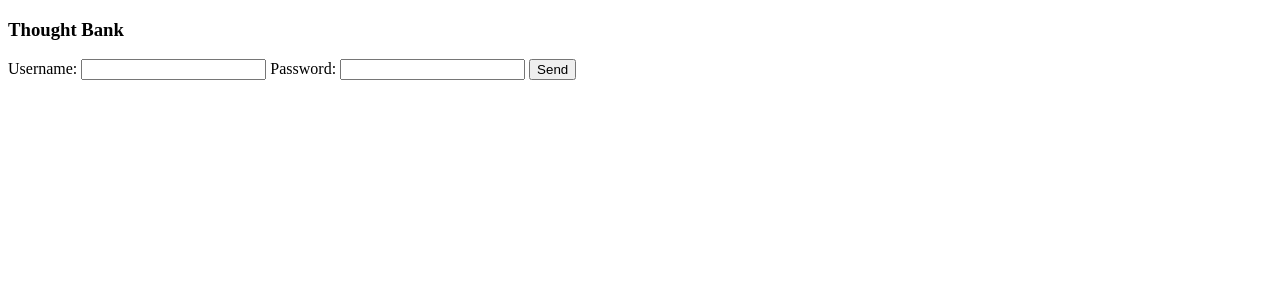
Repository: mxd369/webprogramming2
Page: ThoughtsBank/WebContent/index.html
These files come from the project's save history. The page is drawn as it stood at one moment and after the next save; the edit follows.
The browser window is 1280 px wide. The pictures show the whole page.

Above is the page before, as saved 2017-02-14 18:03:00.

### ThoughtsBank/WebContent/index.html
<!DOCTYPE html>
<html>
<head>
<meta charset="UTF-8">
<title>Thought Bank</title>
</head>
<body>
	<h3>Thought Bank</h3>
	<form action="ThoughtsBank" method="get">
		Username: <input type="text" name="fname" />
		Password: <input type="text" name="lname" />
		<input type="submit" value="Send" />
	</form>
</body>

</html>

<!--

<!DOCTYPE html>
<html>
<head>
<meta charset="UTF-8">
<title>Home Page</title>
</head>
<body>
<h3> Thoughts Bank Application</h3>
	<form action=theservlet>

	Username:<input type="text" name ="username"/><br/>
	Password<input type="text" name ="password"/>
		<input type="submit" value="Sign in"/>
		</form>
</body>
</html>


 -->

After the next save:
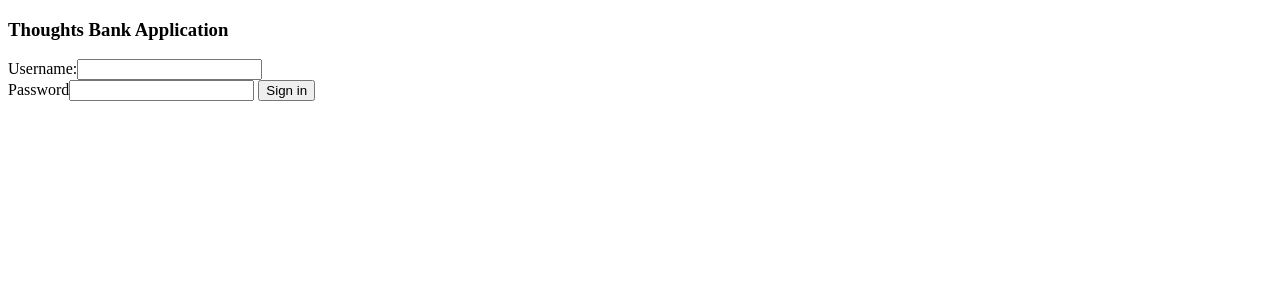
Saved 36 s later.
--- a/ThoughtsBank/WebContent/index.html
+++ b/ThoughtsBank/WebContent/index.html
@@ -1,3 +1,4 @@
+<!--
 <!DOCTYPE html>
 <html>
 <head>
@@ -15,7 +16,7 @@
 
 </html>
 
-<!--
+-->
 
 <!DOCTYPE html>
 <html>
@@ -33,6 +34,3 @@
 		</form>
 </body>
 </html>
-
-
- -->
